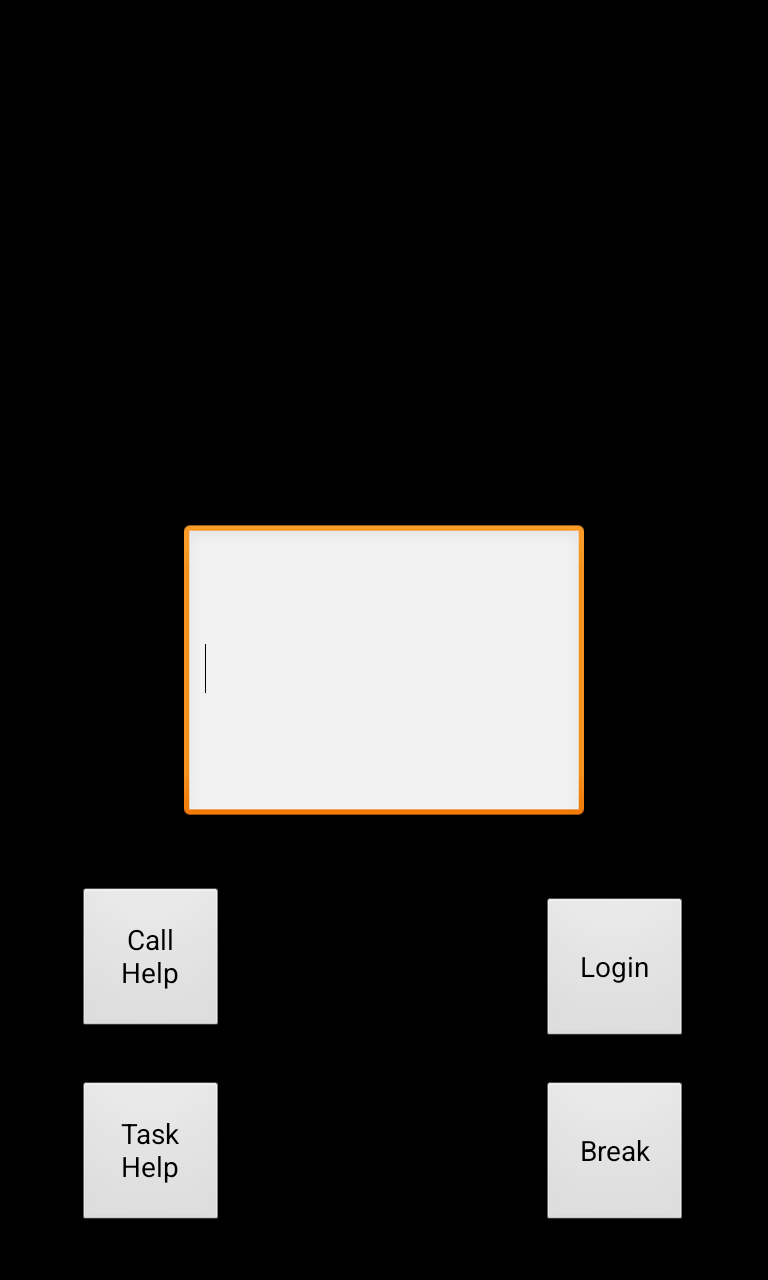
Repository: Crimson-Coders/project_java
Layout: appdev/Task_Tree_Activity/res/layout/main.xml
These files come from the project's save history. The layout is drawn as it stood at one moment and after the next save; the edit follows.
It is drawn on a 768 x 1280 px phone screen (xhdpi) without system bars, with theme android:Theme; the app's code is not run.

Above is the layout before, as saved 2011-10-19 17:24:16.

After the next save:
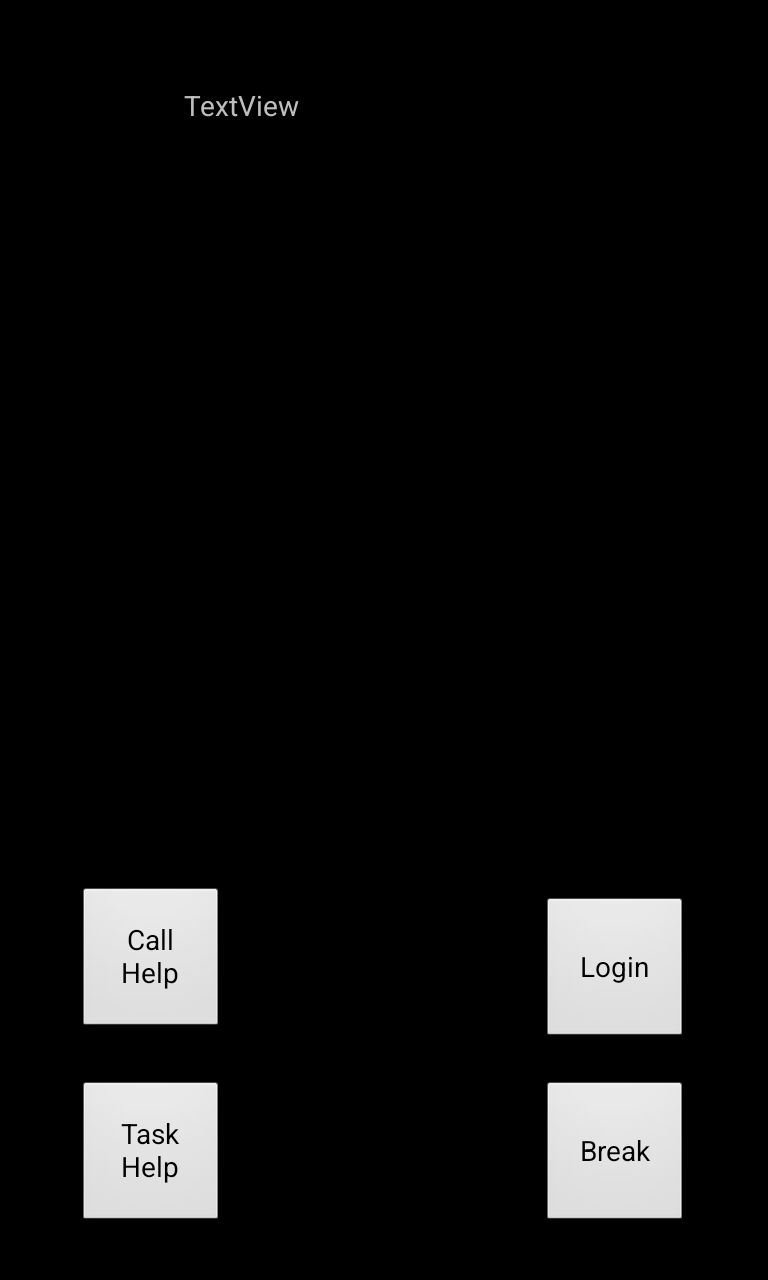
Saved 8 min 36 s later.
--- a/appdev/Task_Tree_Activity/res/layout/main.xml
+++ b/appdev/Task_Tree_Activity/res/layout/main.xml
@@ -42,16 +42,13 @@
             android:layout_alignLeft="@+id/button4"
             android:text="Login" />
 
-        <EditText
-            android:id="@+id/editText1"
+        <TextView
+            android:id="@+id/textView1"
             android:layout_width="400px"
             android:layout_height="300px"
-            android:layout_above="@+id/button2"
+            android:layout_alignParentTop="true"
             android:layout_centerHorizontal="true"
-            android:layout_marginBottom="31dp"
-            android:inputType="textMultiLine" >
-
-            <requestFocus />
-        </EditText>
+            android:layout_marginTop="43dp"
+            android:text="TextView" />
 
     </RelativeLayout>
